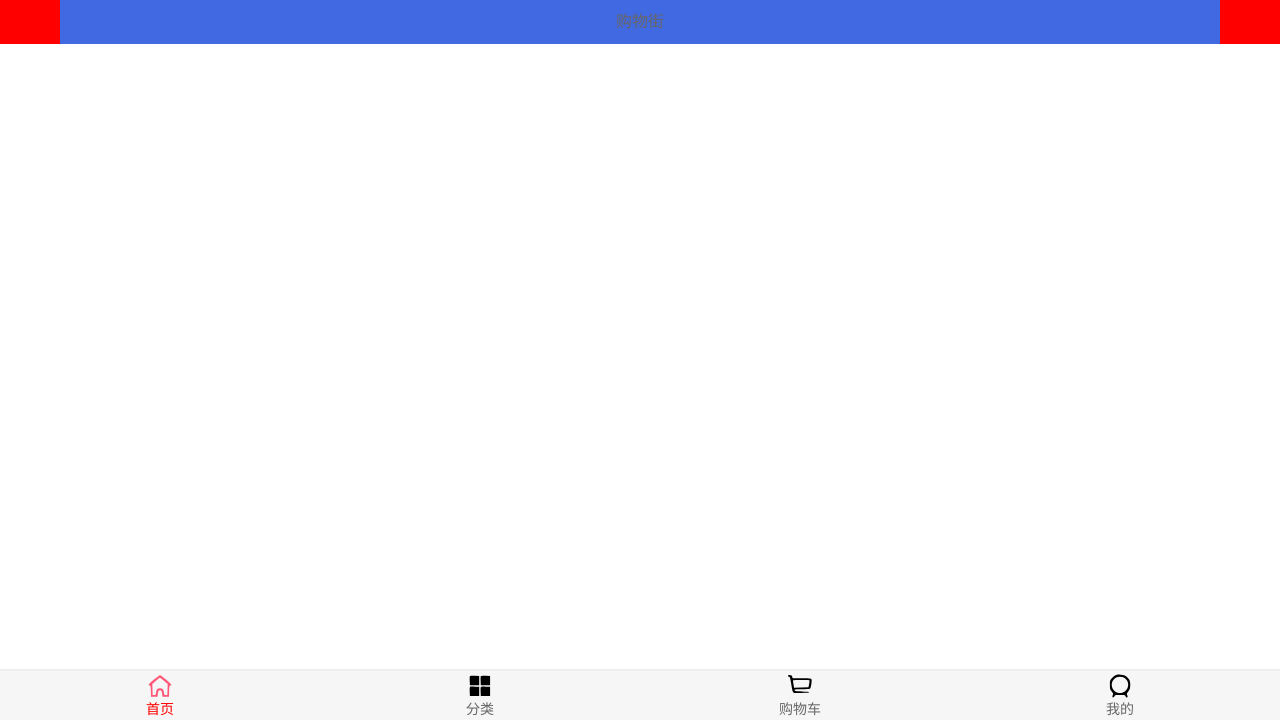
Repository: pumbaaWen/testmall
Page: /
The author's editor kept a copy of each file at every save. The page is drawn from the files as they stood at one save, then again after the next save.
The browser window is 1280 px wide. The pictures show the whole page.
The project was rebuilt for these pictures with package versions that can differ from the ones it lists, and the page was loaded fresh each time.

Above is the page before, as saved 2021-10-26 14:31:16.

After the next save:
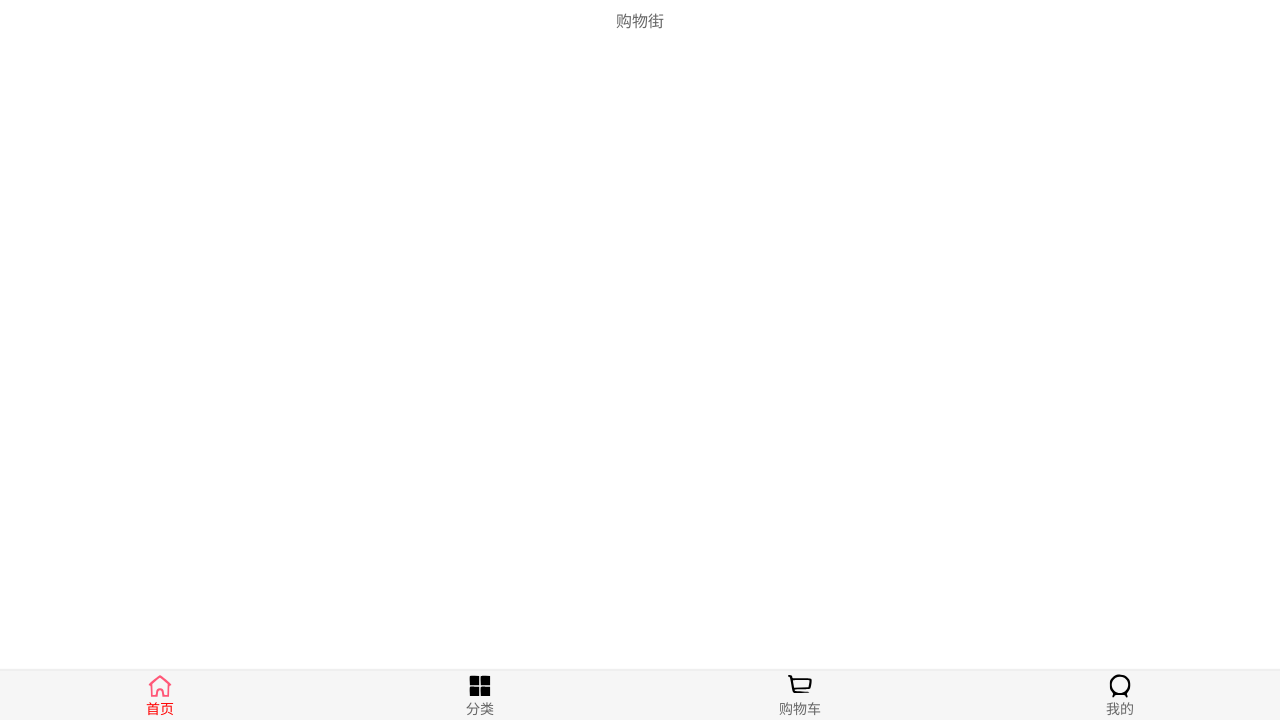
Saved 18 s later.
--- a/src/components/common/navbar/NavBar.vue
+++ b/src/components/common/navbar/NavBar.vue
@@ -48,10 +48,8 @@ export default {
   }
   .left, .right {
     width: 60px;
-    background-color: red;
   }
   .center {
     flex: 1;
-    background-color: royalblue;
   }
 </style>
